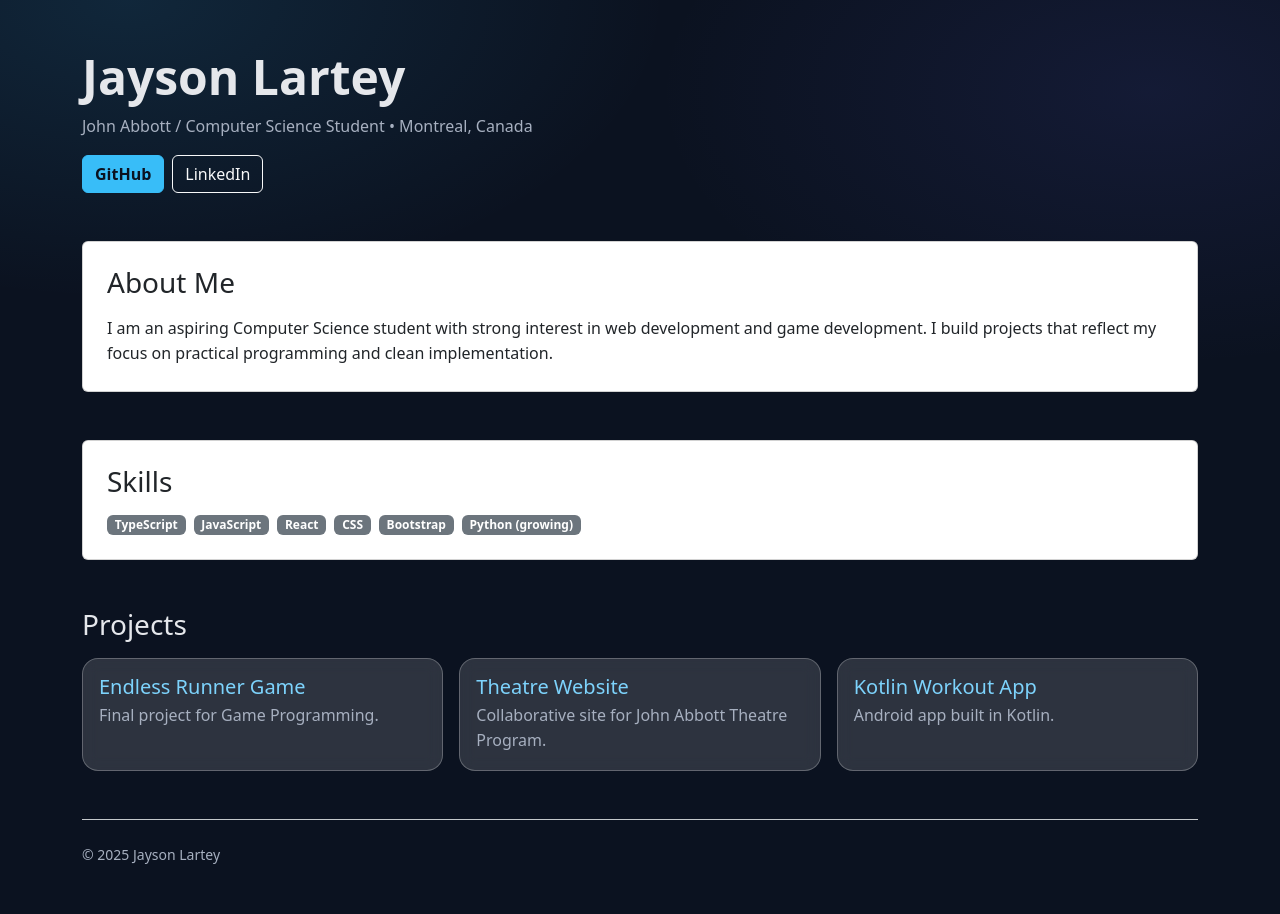
Repository: jaysonlartey/jaysonlartey.github.io
Page: index.html
An editor plug-in stored every save of this project. The page is shown before and after the next save, followed by the edit.
The browser window is 1280 px wide. The pictures show the whole page.

Above is the page before, as saved 2025-12-12 20:40:42.

### index.html
<!DOCTYPE html>
<html lang="en">

<head>
    <meta charset="UTF-8">
    <meta name="viewport" content="width=device-width, initial-scale=1.0">
    <title>Jayson Lartey - Portfolio</title>
    <link href="https://cdn.jsdelivr.net/npm/bootstrap@5.3.3/dist/css/bootstrap.min.css" rel="stylesheet">
    <link rel="stylesheet" href="style.css" />
    <script src="https://cdn.jsdelivr.net/npm/bootstrap@5.3.3/dist/js/bootstrap.bundle.min.js"></script>
    <script src="script.js"></script>
</head>

<body>
<header class="container py-5">
  <div class="row align-items-center g-4">
    <div class="col-12 col-md-8">
      <h1 class="display-5 fw-semibold mb-2">Jayson Lartey</h1>
      <p class="text-secondary mb-3">John Abbott / Computer Science Student • Montreal, Canada</p>

      <div class="d-flex gap-2 flex-wrap">
        <a class="btn btn-primary" href="https://github.com/jaysonlartey" target="_blank" rel="noreferrer">GitHub</a>
        <a class="btn btn-outline-light" href="https://www.linkedin.com/in/jayson-lartey/" target="_blank" rel="noreferrer">LinkedIn</a>
      </div>
    </div>
  </div>
</header>


 <main class="container pb-5">
  <section class="mb-5">
<div class="card bg-white text-dark p-4">
      <h2 class="h3 mb-3">About Me</h2>
      <p class="mb-0">
        I am an aspiring Computer Science student with strong interest in web development and game development.
        I build projects that reflect my focus on practical programming and clean implementation.
      </p>
    </div>
  </section>

  <section class="mb-5">
<div class="card bg-white text-dark p-4">
      <h2 class="h3 mb-3">Skills</h2>
      <div class="d-flex flex-wrap gap-2">
        <span class="badge text-bg-secondary">TypeScript</span>
        <span class="badge text-bg-secondary">JavaScript</span>
        <span class="badge text-bg-secondary">React</span>
        <span class="badge text-bg-secondary">CSS</span>
        <span class="badge text-bg-secondary">Bootstrap</span>
        <span class="badge text-bg-secondary">Python (growing)</span>
      </div>
    </div>
  </section>

  <section class="mb-5">
    <h2 class="h3 mb-3">Projects</h2>

    <div class="row g-3">
      <div class="col-12 col-md-4">
        <div class="card card-dark h-100 p-3">
          <h3 class="h5 mb-1">
            <a class="project-link" href="https://github.com/jaysonlartey/Endless-Runner-Game" target="_blank" rel="noreferrer">
              Endless Runner Game
            </a>
          </h3>
          <p class="text-secondary mb-0">Final project for Game Programming.</p>
        </div>
      </div>

      <div class="col-12 col-md-4">
        <div class="card card-dark h-100 p-3">
          <h3 class="h5 mb-1">
            <a class="project-link" href="https://github.com/jaysonlartey/Theatre-App" target="_blank" rel="noreferrer">
              Theatre Website
            </a>
          </h3>
          <p class="text-secondary mb-0">Collaborative site for John Abbott Theatre Program.</p>
        </div>
      </div>

      <div class="col-12 col-md-4">
        <div class="card card-dark h-100 p-3">
          <h3 class="h5 mb-1">
            <a class="project-link" href="https://github.com/jaysonlartey/Workout-App" target="_blank" rel="noreferrer">
              Kotlin Workout App
            </a>
          </h3>
          <p class="text-secondary mb-0">Android app built in Kotlin.</p>
        </div>
      </div>
    </div>
  </section>

  <footer class="pt-4 border-top border-secondary-subtle text-secondary small">
    © <span id="year"></span> Jayson Lartey
  </footer>
</main>

</body>

</html>

### style.css
:root{
  --bg: #0b1220;
  --fg: #e5e7eb;
  --muted: #a7b0c0;
  --card: rgba(255,255,255,0.14);
  --card-border: rgba(255,255,255,0.25);
}

*{ box-sizing:border-box; }

body{
  margin:0;
  font-family: system-ui, -apple-system, Segoe UI, Roboto, sans-serif;
  color: var(--fg);
  background:
    radial-gradient(900px 500px at 10% 0%, rgba(56,189,248,0.12), transparent 60%),
    radial-gradient(900px 500px at 90% 10%, rgba(99,102,241,0.10), transparent 55%),
    var(--bg);
  line-height:1.6;
}

a{ text-decoration:none; }
a:hover{ text-decoration:underline; }

.text-secondary{ color: var(--muted) !important; }

.card-dark{
  background: var(--card);
  border: 1px solid var(--card-border);
  border-radius: 16px;
  color: var(--fg);
  backdrop-filter: blur(8px);
}

.project-link{
  color: #7dd3fc;
}
.project-link:hover{
  color: #bae6fd;
}

.btn-primary{
  background: #38bdf8;
  border-color: #38bdf8;
  color: #0b1220;
  font-weight: 600;
}
.btn-primary:hover{
  background: #7dd3fc;
  border-color: #7dd3fc;
  color: #0b1220;
}

### script.js
document.addEventListener("DOMContentLoaded", () => {
  const year = document.getElementById("year");
  if (year) year.textContent = new Date().getFullYear();
});

After the next save:
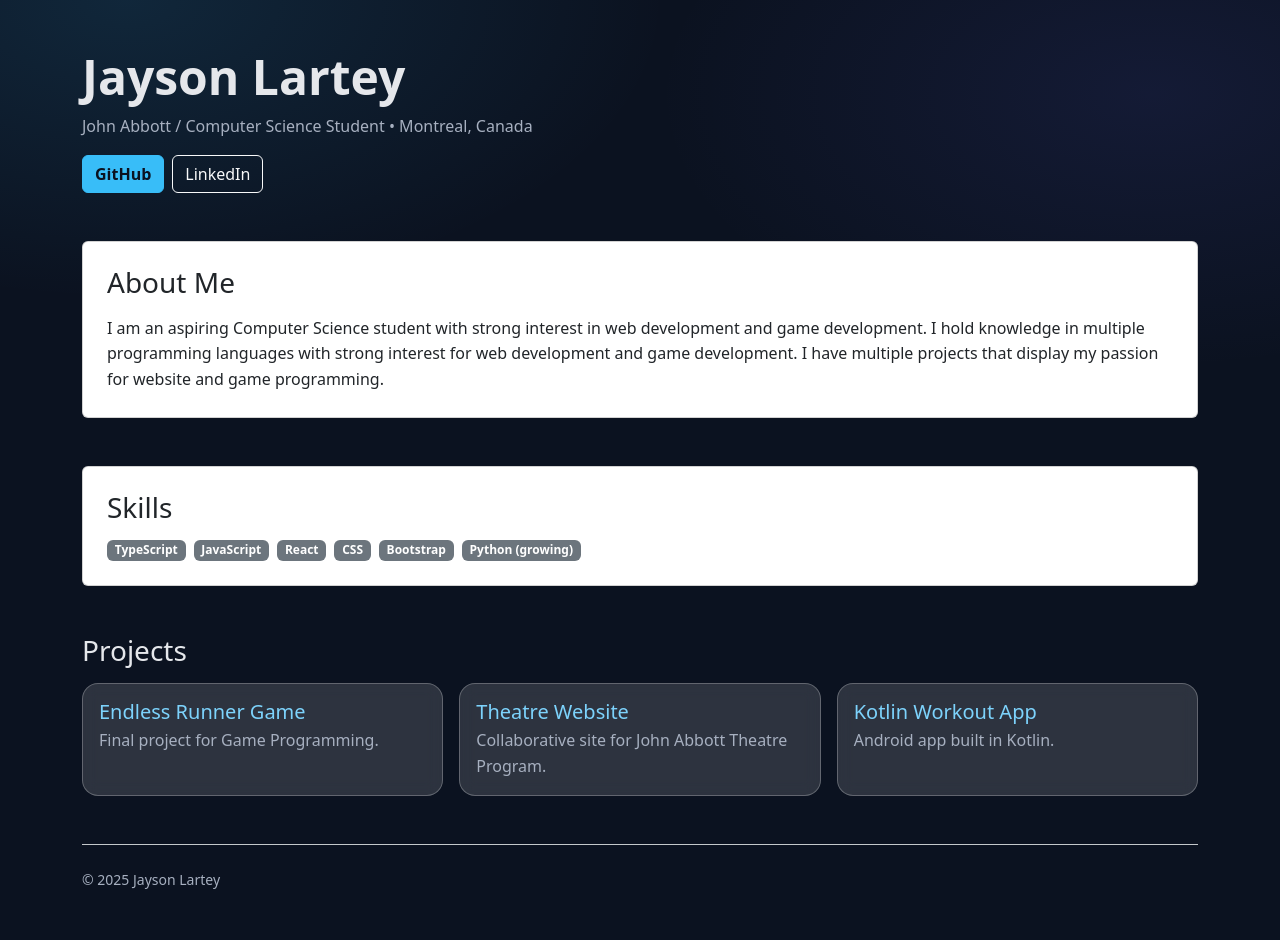
Saved 2 min 46 s later.
--- a/index.html
+++ b/index.html
@@ -33,7 +33,7 @@
       <h2 class="h3 mb-3">About Me</h2>
       <p class="mb-0">
         I am an aspiring Computer Science student with strong interest in web development and game development.
-        I build projects that reflect my focus on practical programming and clean implementation.
+        I hold knowledge in multiple programming languages with strong interest for web development and game development. I have multiple projects that display my passion for website and game programming.
       </p>
     </div>
   </section>
